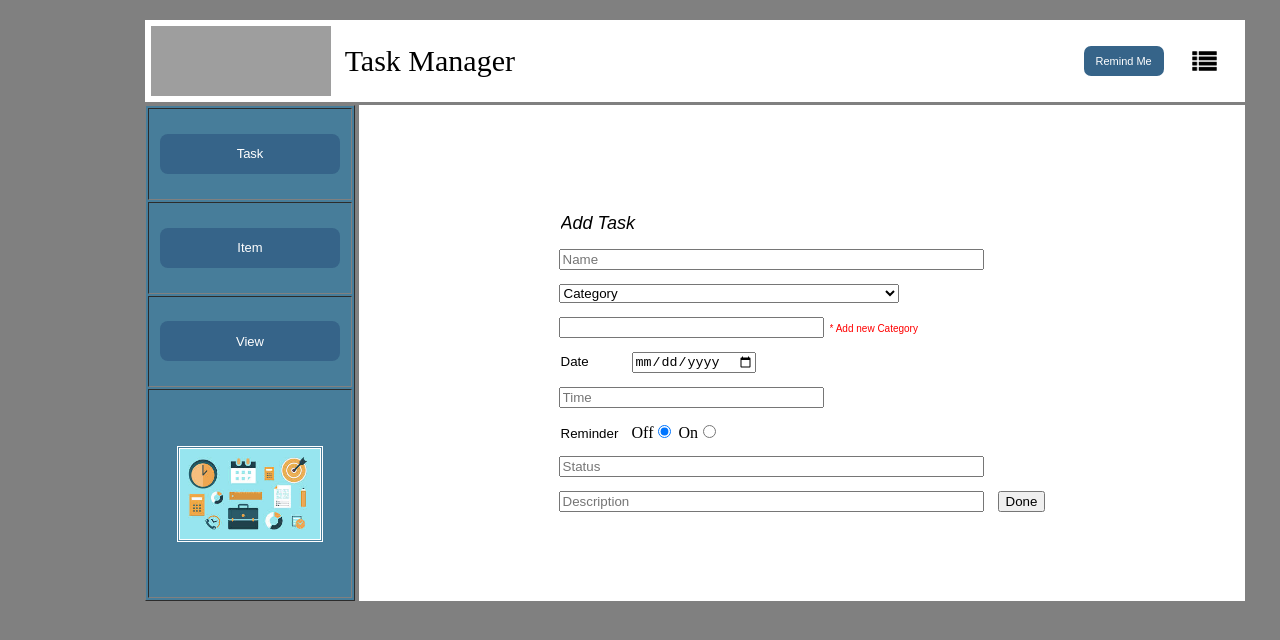
Repository: SnehaSalvi/TaskManagerProject
Page: http://localhost/TaskManagerChecklist/AddItem.jsp
The author's editor kept a copy of each file at every save. The page is drawn from the files as they stood at one save, then again after the next save.
The browser window is 1280 px wide. The pictures show the whole page.
Pictures or frames that could not be fetched are drawn as grey boxes. The page is served by Tomcat 9.

Above is the page before, as saved 2016-10-14 09:46:27.

After the next save:
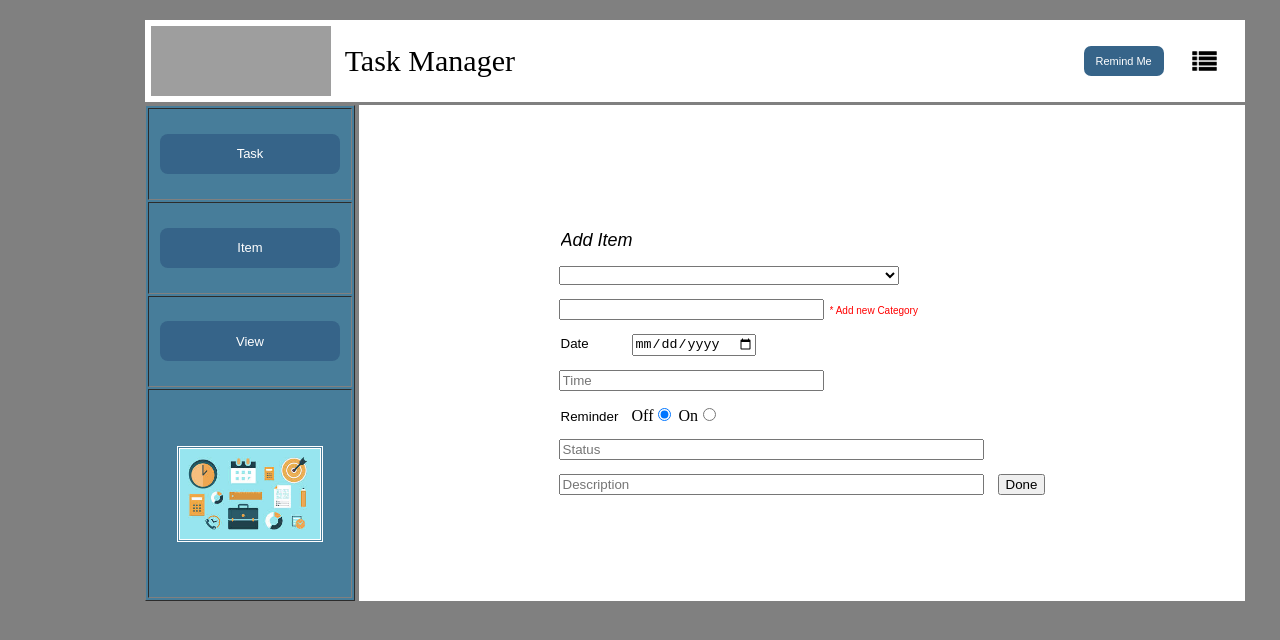
Saved 3 min 23 s later.
--- a/TaskManagerChecklist/WebContent/AddItem.jsp
+++ b/TaskManagerChecklist/WebContent/AddItem.jsp
@@ -61,26 +61,12 @@
 							<table align="center" cellspacing="6" cellpadding="4">
 								<tr>
 									<td colspan="2">
-										<input type="label" id="font1" name="label" value="Add Task" required="required"/>
+										<input type="label" id="font1" name="label" value="Add Item" required="required"/>
 									</td>
 								</tr>
 								<tr>
 									<td colspan="2">
-										<input type="text" name="taskname" placeholder="Name" size="50" required="required"/>
-									</td>
-								</tr>
-								<tr>
-									<td colspan="2">
-										<select id="select1" name="categoryname" placeholder="Category" value="Category" required="required">
-											<optgroup label="Personal">
-												<option value="" disabled selected hidden>Category</option>
-												<option>Shopping</option>
-												<option>Exercise</option>
-											</optgroup>
-											<optgroup label="Professional">
-												<option>Meeting</option>
-												<option>Project Work</option>
-											</optgroup>
+										<select id="select1" name="taskname" placeholder="select the task" value="task" required="required">
 										</select>
 									</td>
 								</tr>
